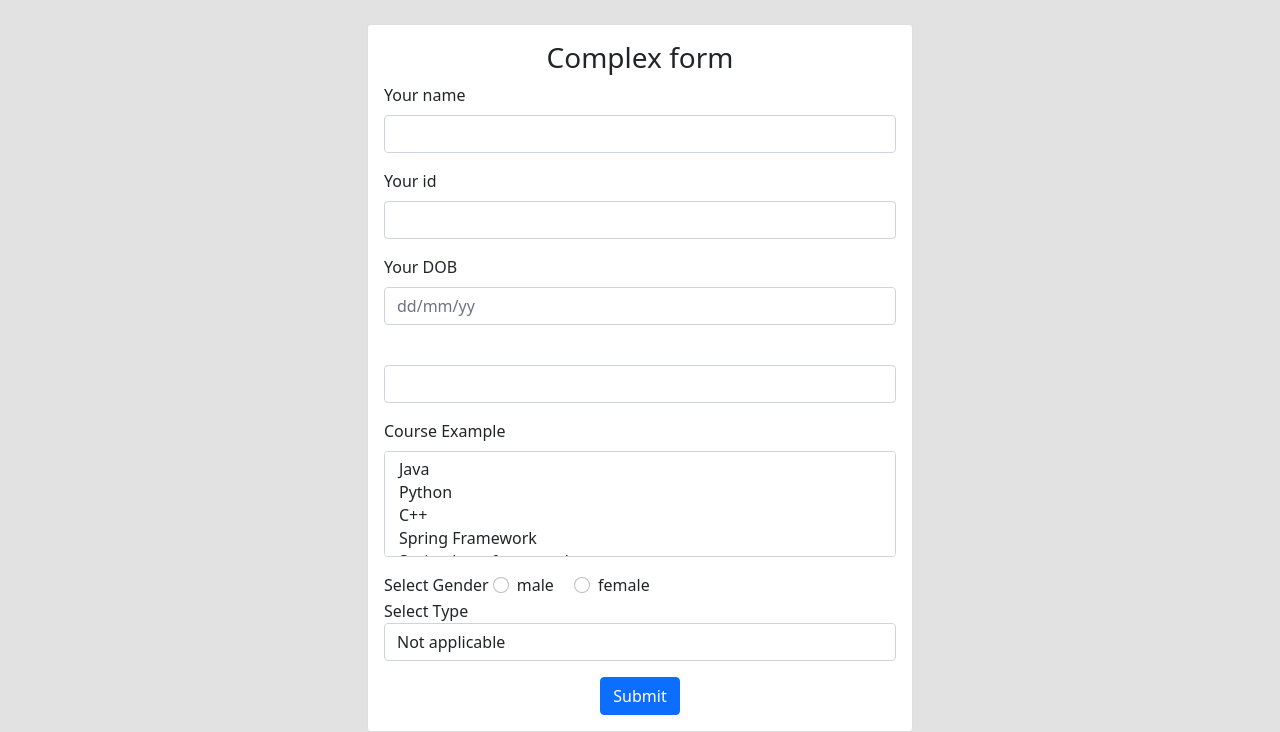
Repository: himanshurai26/Spring-Framewrok-code-
Page: http://localhost/SpringMvcSearch/WEB-INF/views/complex-form.jsp
An editor plug-in stored every save of this project. The page is shown before and after the next save, followed by the edit.
The browser window is 1280 px wide. The pictures show the whole page.
The page is served by Tomcat 9. Nobody is signed in. Other server files are loaded and not shown. The template is opened directly, without the code that normally fills it, so the values that code supplies are empty.

Above is the page before, as saved 2023-07-28 18:01:20.

### SpringMVC/SpringMvcSearch/src/main/webapp/WEB-INF/views/complex-form.jsp
<!doctype html>
<html lang="en">
  <head>
    <!-- Required meta tags -->
    <meta charset="utf-8">
    <meta name="viewport" content="width=device-width, initial-scale=1">

    <!-- Bootstrap CSS -->
    <link href="https://cdn.jsdelivr.net/npm/bootstrap@5.0.2/dist/css/bootstrap.min.css" rel="stylesheet" integrity="sha384-EVSTQN3/azprG1Anm3QDgpJLIm9Nao0Yz1ztcQTwFspd3yD65VohhpuuCOmLASjC" crossorigin="anonymous">

    <title>Complex form</title>
  </head>
  <body class="" style="background: #e2e2e2;">

   <div class="container mt-4">

   <div class="row">
   <div class="col-md-6 offset-md-3">
   <div class="card">
   <div class="card-body">
   <h3 class="text-center">Complex form</h3>
   <form action="handleform" method="post" >

   <div class="form-group">

  <div class="mb-3">
    <label for="exampleInputEmail1" class="form-label">Your name</label>
    <input type="text" class="form-control" id="exampleInputEmail1" name="name" aria-describedby="emailHelp">
    </div>

  <div class="mb-3">
    <label for="exampleInputId" class="form-label">Your id</label>
    <input type="text" class="form-control" id="exampleInputPassword1" name="id">
  </div>

  <div class="mb-3">
    <label for="exampleInputEmail1" class="form-label">Your DOB</label>
    <input type="text" class="form-control" id="exampleInputEmail1" name="date"  placeholder="dd/mm/yy" aria-describedby="emailHelp">
    </div>

   <div class="mb-3">
    <label for="exampleInputEmail1" class="form-label"></label>
    <input type="email" class="form-control" id="exampleInputEmail1" name="name" aria-describedby="emailHelp">
    </div>

    <div class="mb-3">
    <label for="formcontrolselect1" class="form-label">Course Example</label>
    <select
    class="form-control" id="exampleInputEmail1" name="subjects"  multiple>
 <option>Java</option>
 <option>Python</option>
 <option>C++</option>
 <option>Spring Framework</option>
 <option>Spring boot framework</option>
 <option>Jsp</option>
 </select>
    </div>

    <div class="form-group">
    <span class="mr-3">Select Gender</span>
    <div class="form-check form-check-inline">
    <input class="form-check-input"  type="radio" name="gender"
    id="inlineRadio1" value="male"><label
    class="form-check-Label" for="inlineRadio1">male
    </label>
    </div>
    <div class="form-check form-check-inline">
    <input class="form-check-input"  type="radio" name="gender"
    id="inlineRadio2" value="male"><label
    class="form-check-Label" for="inlineRadio2">female
    </label>
    </div>

    </div>

    <div class="form-group">
    <label for="">Select Type</label><select class="form-control"
    name="type">
    <option value="notapplicable">Not applicable</option>
    <option value="oldstudent">Old Student</option>
    <option value="normalstudent">Normal Student</option>
    </select>
    </div>

  <div class="container text-center mt-3">
  <button type="submit" class="btn btn-primary">Submit</button>
</div>

</div>
</form>

   </div>


   </div>

   </div>
   </div>
   </div>
















    <script src="https://cdn.jsdelivr.net/npm/bootstrap@5.0.2/dist/js/bootstrap.bundle.min.js" integrity="sha384-MrcW6ZMFYlzcLA8Nl+NtUVF0sA7MsXsP1UyJoMp4YLEuNSfAP+JcXn/tWtIaxVXM" crossorigin="anonymous"></script>

  </body>
</html>

After the next save:
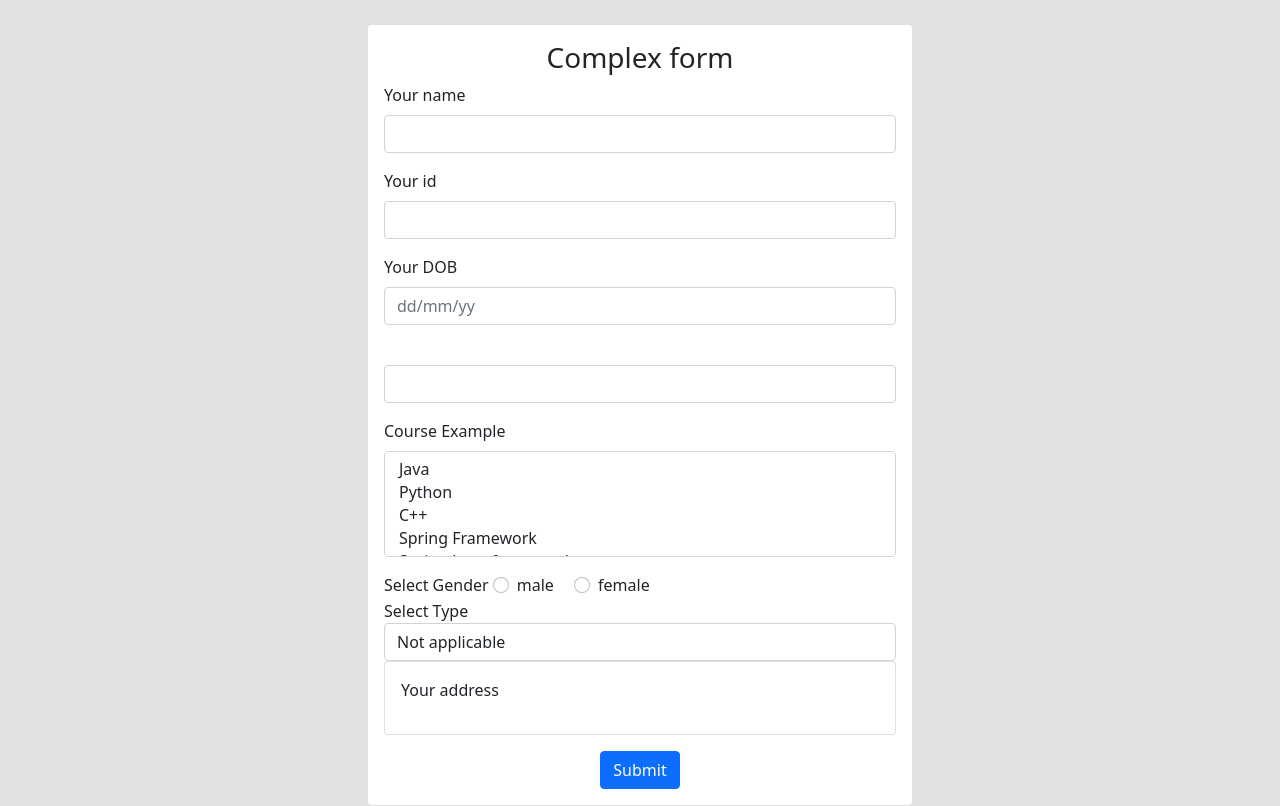
Saved 8 min 6 s later.
--- a/SpringMVC/SpringMvcSearch/src/main/webapp/WEB-INF/views/complex-form.jsp
+++ b/SpringMVC/SpringMvcSearch/src/main/webapp/WEB-INF/views/complex-form.jsp
@@ -82,6 +82,18 @@
     </select>
     </div>
 
+    <div class="card">
+    <div class="card-body">
+
+    <p>Your address</p>
+
+    <div class="form-group">
+
+    </div>
+    </div>
+
+    </div>
+
   <div class="container text-center mt-3">
   <button type="submit" class="btn btn-primary">Submit</button>
 </div>
